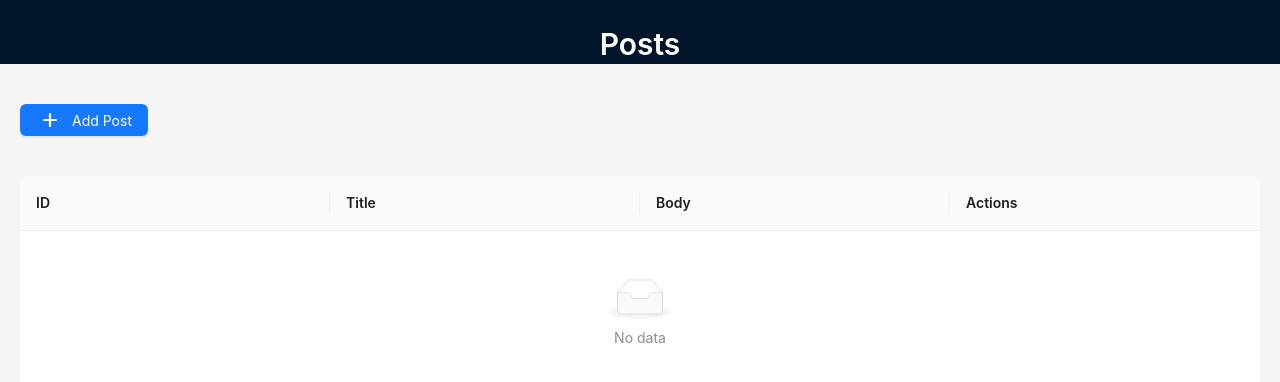
Repository: yasserrrz/Denamo-posts
Page: /
The author's editor kept a copy of each file at every save. The page is drawn from the files as they stood at one save, then again after the next save.
The browser window is 1280 px wide. The pictures show the whole page.
The page's requests for data from a server got no answer. The project was rebuilt for these pictures with package versions that can differ from the ones it lists, and the page was loaded fresh each time. No one was signed in, and anything a server would have sent is missing. Also part of the build but not shown: src/components/PostForm.tsx.

Above is the page before, as saved 2024-11-28 15:36:26.

### src/App.tsx
import React, { useState } from 'react';
import { Button, Layout, Modal, Typography } from 'antd';
import DataTable from './components/DataTable';
// import AddPostForm from './components/AddPostForm';
import './App.css';
import PostForm from './components/PostForm';
import {ReactComponent as AddIcon} from "./assets/add-277.svg";
const { Header, Content } = Layout;
const { Title } = Typography;


const App: React.FC = () => {
  const [isModalOpen, setIsModalOpen] = useState(false);
  return (<>
    <Layout style={{ minHeight: '100vh' }}>
      <Header style={{ color: 'white', textAlign: 'center' }}>
        <Title level={2} style={{ color: 'white' , textAlign: 'center' , marginBottom: '20px' }}>
          Posts
        </Title>
      </Header>

      <Content style={{ padding: '20px' }}>
         <div style={{marginTop: '20px ' , marginBottom: '20px' , display: 'flex', justifyContent: 'space-between' }}>
         <Button onClick={()=>{setIsModalOpen(true)}} styles={{fontSize: '20px'}} type="primary"><AddIcon/> Add Post</Button>
         </div>
        <div style={{ marginTop: '40px' }}>
          <DataTable />
        </div>
      </Content>
    </Layout>
    <Modal open={isModalOpen} title="Add New Post" centered width={800} onCancel={() => setIsModalOpen(false)} footer={null}>
      <PostForm  setIsModalOpen={setIsModalOpen} />
    </Modal>
  </>
  );
};

export default App;

### src/components/DataTable.tsx
import React, { useEffect, useState } from 'react';
import { Table, Button, Modal, Form, Input, notification } from 'antd';
import axios from 'axios';
import { Post } from '../types/Post';
import {ReactComponent as EditIcon} from "../assets/edit.svg"
import {ReactComponent as DeleteIcon} from "../assets/delete-icon-1.svg"
const DataTable: React.FC = () => {
  const [posts, setPosts] = useState<Post[]>([]);
  const [loading, setLoading] = useState<boolean>(true);
  const [editingPost, setEditingPost] = useState<Post | null>(null);
  const [isModalOpen, setIsModalOpen] = useState<boolean>(false);
  const [deleteModalOpen, setDeleteModalOpen] = useState<boolean>(false);

  useEffect(() => {
    const fetchData = async () => {
      setLoading(true);
      try {
        const response = await axios.get<Post[]>('https://jsonplaceholder.typicode.com/posts');
        setPosts(response.data);
      } catch (error) {
        console.log(error);
      } finally {
        setLoading(false);
      }
    };

    fetchData();
  }, []);

  const handleEdit = (post: Post) => {
    setEditingPost(post);
    setIsModalOpen(true);
  };

  const handleUpdatePost = async (values: Omit<Post, 'id'>) => {
    if (!editingPost) return;

    try {
      const response = await axios.put<Post>(
        `https://jsonplaceholder.typicode.com/posts/${editingPost.id}`,
        values
      );
      setPosts((prev) =>
        prev.map((post) => (post.id === editingPost.id ? { ...post, ...response.data } : post))
      );
      notification.success({
        message: 'Post Updated',
        description: `Post with ID ${editingPost.id} was updated successfully.`,
      });
    } catch (error) {
      notification.error({
        message: 'Error',
        description: 'Failed to update the post.',
      });
    } finally {
      setIsModalOpen(false);
      setEditingPost(null);
    }
  };

  const handleDelete = async (id: number) => {
    try {
      await axios.delete(`https://jsonplaceholder.typicode.com/posts/${id}`);
      setPosts((prev) => prev.filter((post) => post.id !== id));
      notification.success({
        message: 'Post Deleted',
        description: `Post with ID ${id} was deleted successfully.`,
      });
    } catch (error) {
      notification.error({
        message: 'Error',
        description: 'Failed to delete the post.',
      });
    }
    setDeleteModalOpen(false);
  };

  const columns = [
    {
      title: 'ID',
      dataIndex: 'id',
      key: 'id',
    },
    {
      title: 'Title',
      dataIndex: 'title',
      key: 'title',
    },
    {
      title: 'Body',
      dataIndex: 'body',
      key: 'body',
    },
    {
      title: 'Actions',
      key: 'actions',
      render: (text: any, record: Post) => (
        <div style={{ width: '100%', display: 'flex', gap: '10px', justifyContent: 'space-around' }}>
          <Button type="primary"  onClick={() => handleEdit(record)}>
            <EditIcon/>
          </Button>
          <Button type={"primary"} danger onClick={() => {
            setEditingPost(record);
            setDeleteModalOpen(true);
          }}>
            <DeleteIcon/>
          </Button>
        </div>
      ),
    },
  ];

  return (
    <>
      <Table
        dataSource={posts}
        columns={columns}
        rowKey="id"
        loading={loading}
        scroll={{ y: "calc(100vh - 250px)",  x: 700}}
        pagination={{ pageSize: 10 }}
      />

      {/* Edit Modal */}
      <Modal
        title="Edit Post"
        open={isModalOpen}
        onCancel={() => setIsModalOpen(false)}
        footer={null}
        style={{maxWidth: 800}}
        centered
      >
        <Form
          initialValues={{ title: editingPost?.title, body: editingPost?.body }}
          onFinish={handleUpdatePost}
          layout="vertical"
        >
          <Form.Item
            name="title"
            label="Title"
            rules={[{ required: true, message: 'Please input the title!' }]}

          >
            <Input placeholder="Enter post title" />
          </Form.Item>
          <Form.Item
            name="body"
            label="Body"
            rules={[{ required: true, message: 'Please input the body!' }]}
          >
            <Input.TextArea rows={4} placeholder="Enter post body" />
          </Form.Item>
          <Form.Item style={{ textAlign: 'center' , display: 'flex', justifyContent: 'flex-end' }}>
            <Button type="default"  htmlType="submit">
              Update Post
            </Button>
          </Form.Item>
        </Form>
      </Modal>

      {/* Delete Modal */}
      <Modal
        title="Delete Post"
        open={deleteModalOpen}
        onCancel={() => setDeleteModalOpen(false)}
        footer={null}
        style={{ maxWidth: 500 }}
        centered
      >
        <p>Are you sure you want to delete this post?</p>
        <div style={{ display: 'flex', gap: '10px', justifyContent: "flex-end" }}>
          <button className='delete-btn' onClick={() => handleDelete(editingPost?.id || 0)}>
            Yes
          </button>
          <button  className='cancel' onClick={() => setDeleteModalOpen(false)}>No</button>
        </div>
      </Modal>
    </>
  );
};

export default DataTable;

### src/App.css
.cancel{
  color: #000000e0;
  background-color: #fff;
  border: 1px solid #000000e0;
  border-radius: 8px;
  padding: 8px 15px;
  cursor: pointer;
  transition: all 0.15s ease-in-out;
}

.cancel:hover{
  background-color: #000000e0;
  color: #fff;
}

.delete-btn{
  color: #fff;
  background-color: #ff4d4f;
  border: 1px solid #ff4d4f;
  border-radius: 8px;
  padding: 8px 15px;
  cursor: pointer;
  transition: all 0.15s ease-in-out;
}

.delete-btn:hover{
  background-color: #fff;
  color: #ff4d4f;
  border: 1px solid #ff4d4f;
}

.ant-table-body {
  scrollbar-width: thin;
  scrollbar-color: #888 #f5f5f5;
  overflow-y: scroll; /* Ensure vertical scrolling is functional */
  scrollbar-width: none; /* Hide scrollbar in Firefox */
}

.ant-table-body ::-webkit-scrollbar-corner
 {
  display: none;
}

.svg-container {
  width: 24px;
  height: 24px;
}

.svg-container svg {
  width: 100%;
  height: 100%;
}

Loaded but not shown: public/index.html (common file); src/index.tsx (common file); src/index.css (common file); src/reportWebVitals.ts (common file)

After the next save:
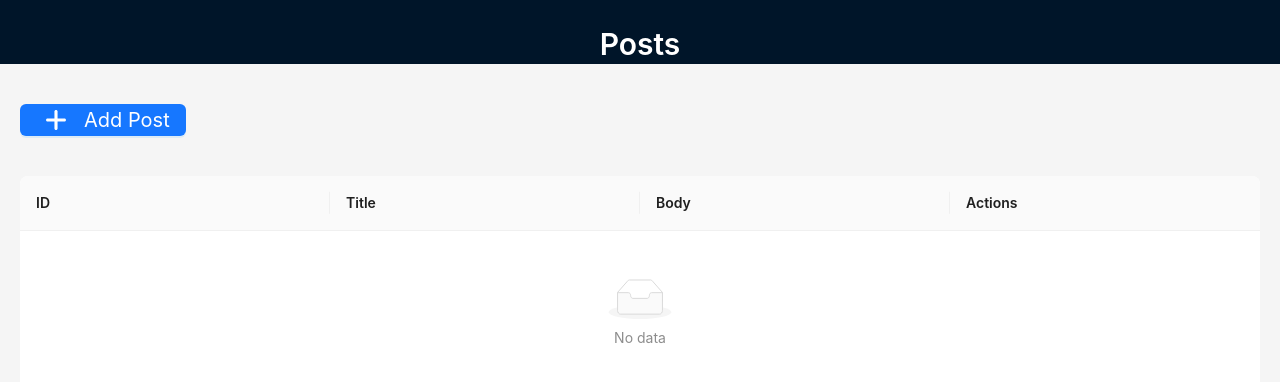
Saved 3 min 28 s later.
--- a/src/App.tsx
+++ b/src/App.tsx
@@ -21,7 +21,7 @@ const App: React.FC = () => {
 
       <Content style={{ padding: '20px' }}>
          <div style={{marginTop: '20px ' , marginBottom: '20px' , display: 'flex', justifyContent: 'space-between' }}>
-         <Button onClick={()=>{setIsModalOpen(true)}} styles={{fontSize: '20px'}} type="primary"><AddIcon/> Add Post</Button>
+         <Button onClick={()=>{setIsModalOpen(true)}} style={{fontSize: '20px'}} type="primary"><AddIcon/> Add Post</Button>
          </div>
         <div style={{ marginTop: '40px' }}>
           <DataTable />
